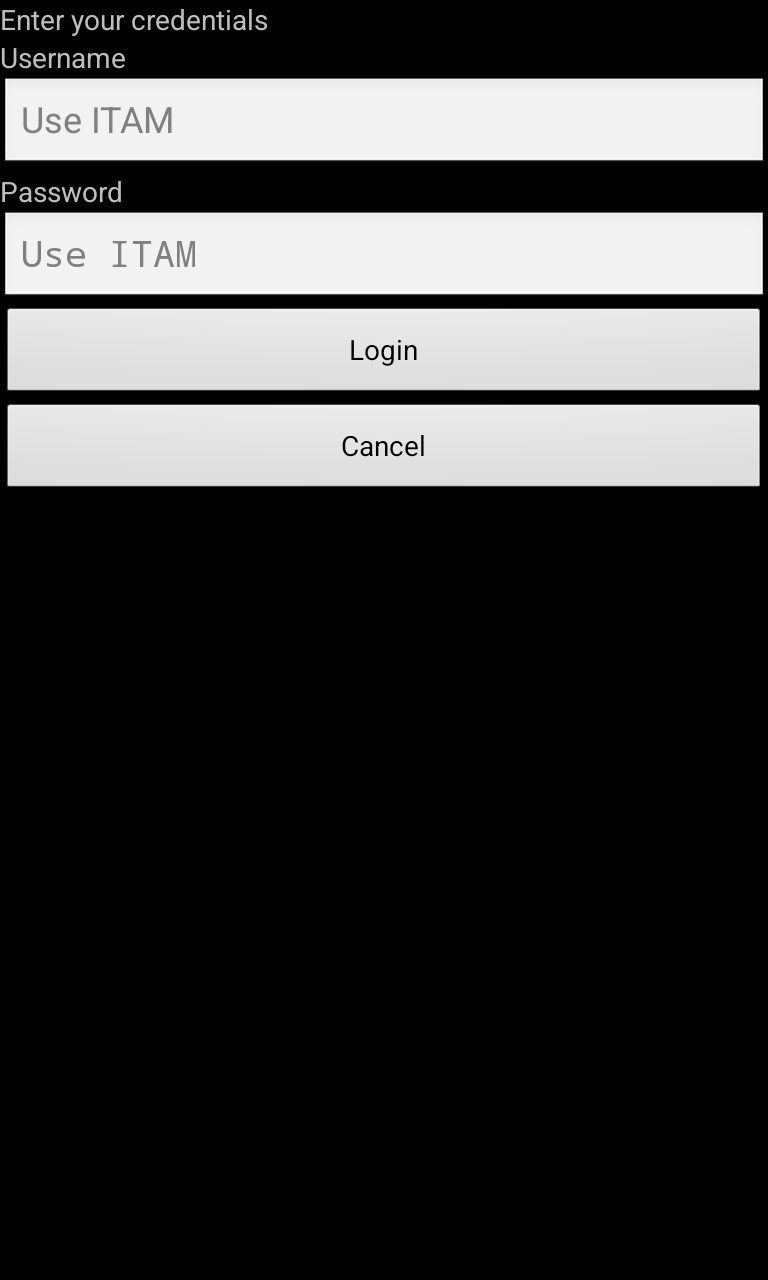
Repository: cogitovsmachina/Curso-Android-en-ITAM
Layout: SimpleLoginForm/res/layout/main.xml
An editor plug-in stored every save of this project. The layout is shown before and after the next save, followed by the edit.
It is drawn on a 768 x 1280 px phone screen (xhdpi) without system bars, with theme android:Theme; the app's code is not run.

Above is the layout before, as saved 2011-07-05 15:55:00.

### SimpleLoginForm/res/layout/main.xml
<?xml version="1.0" encoding="utf-8"?>
<TableLayout xmlns:android="http://schemas.android.com/apk/res/android"
    android:orientation="vertical"
    android:layout_width="fill_parent"
    android:layout_height="fill_parent"
    android:stretchColumns="1"
    >
<TextView
    android:layout_width="fill_parent"
    android:layout_height="wrap_content"
    android:text="@string/hello"
    />
<TextView
    android:layout_width="fill_parent"
    android:layout_height="wrap_content"
    android:text="Username"
    />
 <EditText
    android:layout_width="fill_parent"
    android:layout_height="wrap_content"
    android:hint="Use ITAM"
    android:id="@+id/username"
    />
<TextView
    android:layout_width="fill_parent"
    android:layout_height="wrap_content"
    android:text="Password"
    />
    <EditText
    android:layout_width="fill_parent"
    android:layout_height="wrap_content"
    android:hint="Use ITAM"
    android:password="true"
    android:id="@+id/password"
    />
<Button
    android:layout_width="fill_parent"
    android:layout_height="wrap_content"
    android:text="Login"
    android:id="@+id/loginbutton"
    />
<Button
    android:layout_width="fill_parent"
    android:layout_height="wrap_content"
    android:text="Cancel"
    android:id="@+id/cancelbutton"
    />
    <TextView
    android:layout_width="fill_parent"
    android:layout_height="wrap_content"
    android:id="@+id/result"
    />
</TableLayout>

### SimpleLoginForm/res/values/strings.xml
<?xml version="1.0" encoding="utf-8"?>
<resources>
    <string name="hello">Enter your credentials</string>
    <string name="app_name">SimpleLoginForm</string>
</resources>

After the next save:
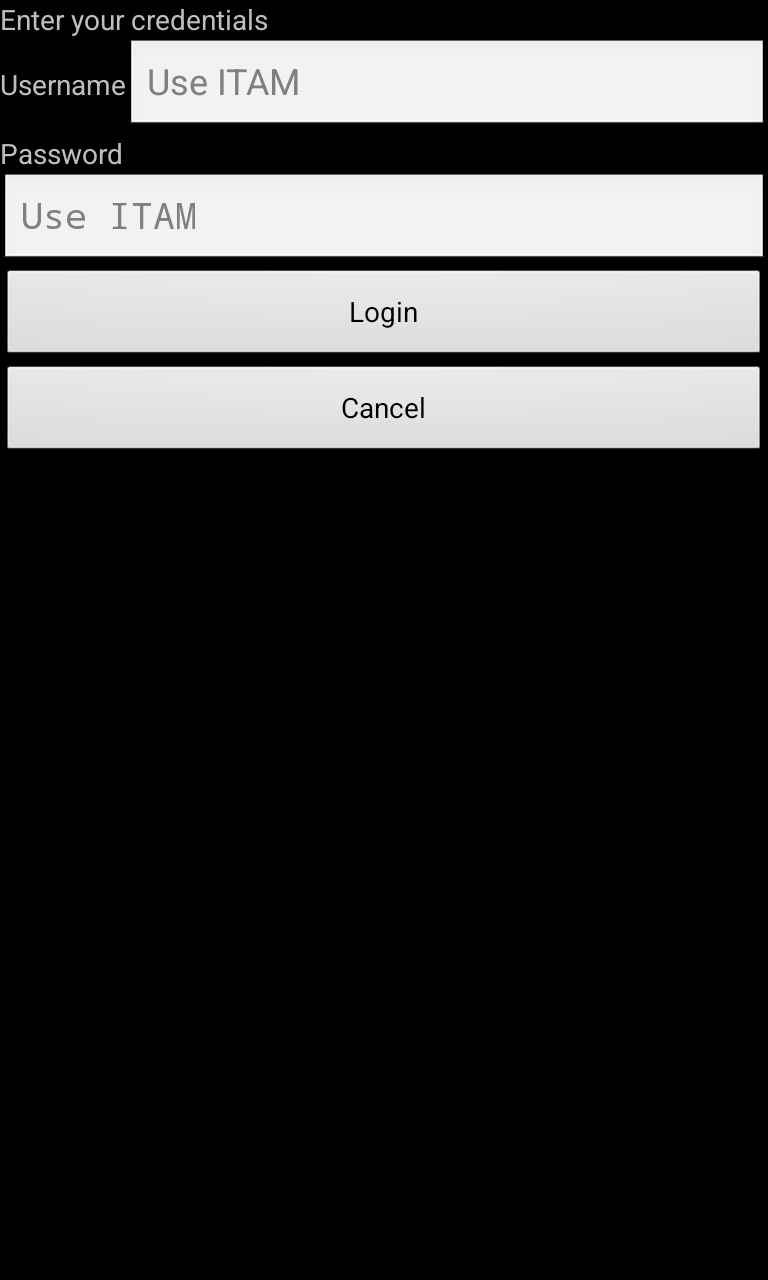
Saved 45 s later.
--- a/SimpleLoginForm/res/layout/main.xml
+++ b/SimpleLoginForm/res/layout/main.xml
@@ -10,17 +10,22 @@
     android:layout_height="wrap_content"
     android:text="@string/hello"
     />
+    <TableRow>
+
 <TextView
     android:layout_width="fill_parent"
     android:layout_height="wrap_content"
     android:text="Username"
     />
+
  <EditText
     android:layout_width="fill_parent"
     android:layout_height="wrap_content"
     android:hint="Use ITAM"
     android:id="@+id/username"
     />
+
+    </TableRow>
 <TextView
     android:layout_width="fill_parent"
     android:layout_height="wrap_content"
